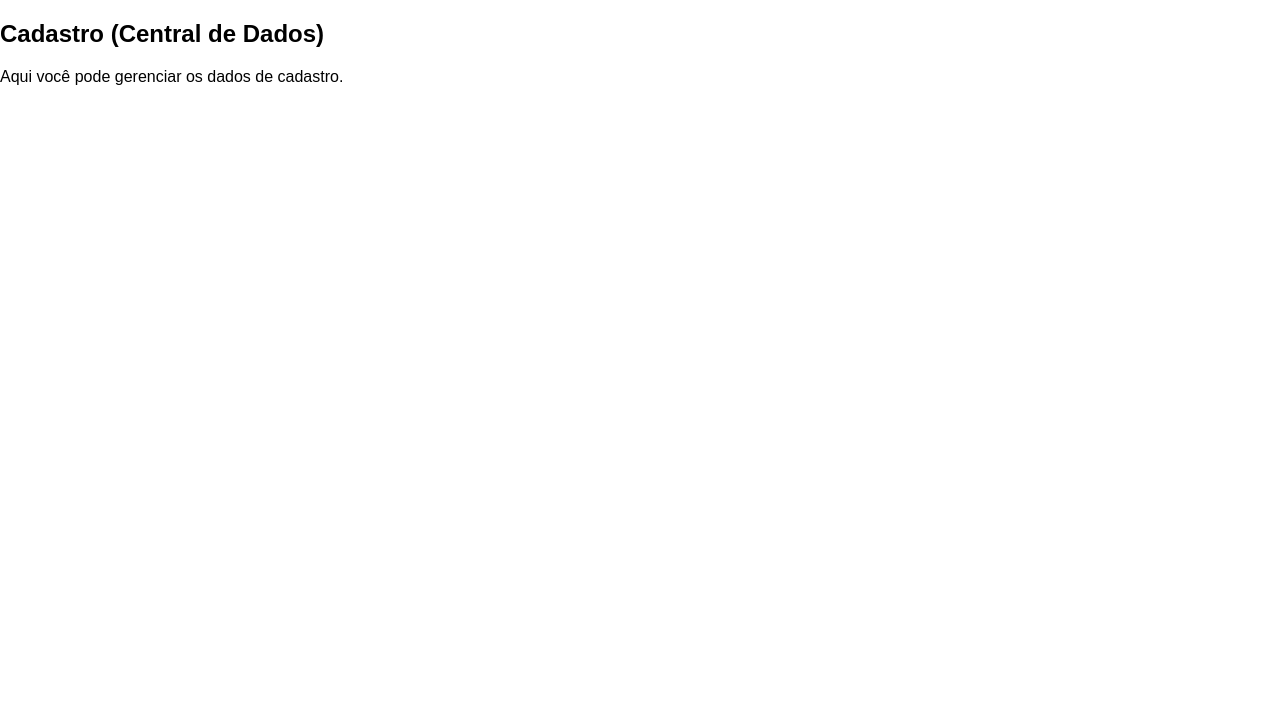
Repository: feliperanon/appliz
Page: /cadastro
An editor plug-in stored every save of this project. The page is shown before and after the next save, followed by the edit.
The browser window is 1280 px wide. The pictures show the whole page.
The project was rebuilt for these pictures with package versions that can differ from the ones it lists, and the page was loaded fresh each time. Also part of the build but not shown: src/components/Login.js, src/components/MedicaoTempo.js, src/components/AnaliseDesempenho.js, src/components/OcorrenciasDiarias.js, src/components/ControleQualidade.js, src/components/CapacitacaoTreinamento.js, src/components/ManutencaoPreventiva.js, src/components/CicloPDCA.js and 1 more.

Above is the page before, as saved 2024-10-10 20:15:59.

After the next save:
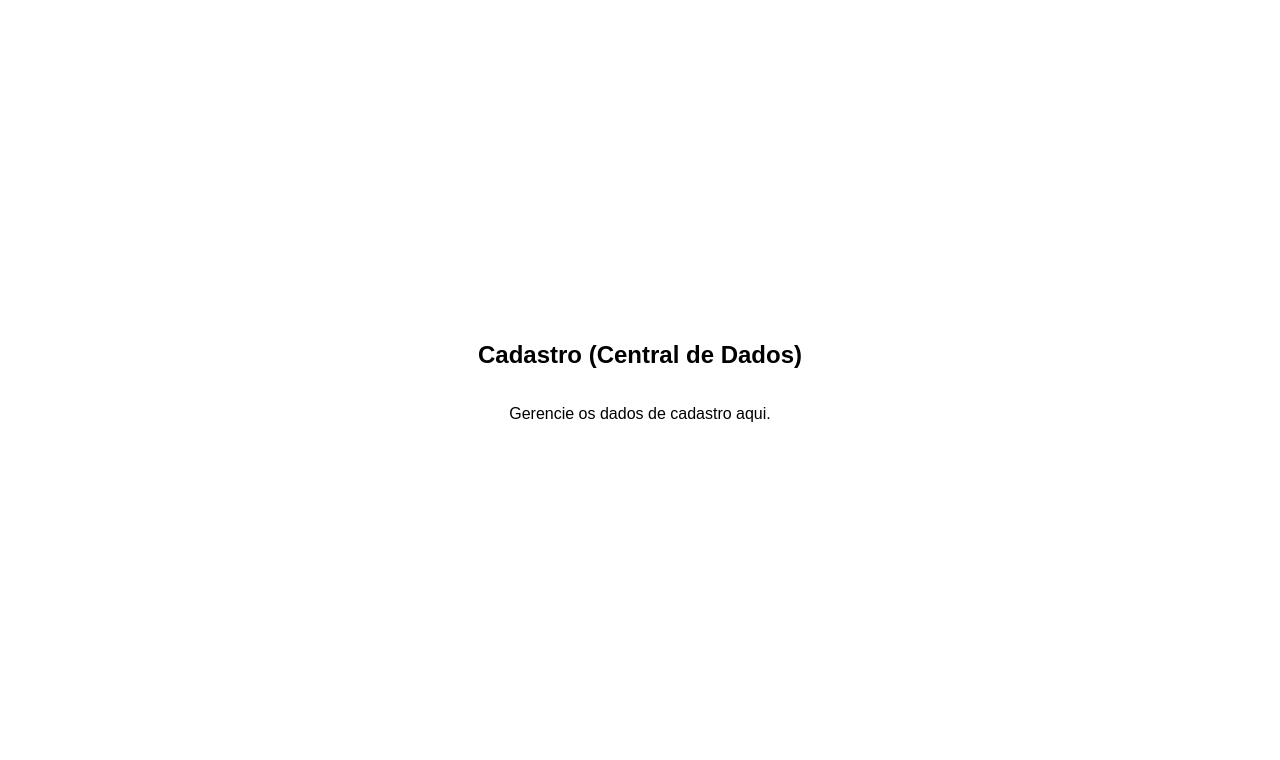
Saved 44 s later.
--- a/src/components/Cadastro.js
+++ b/src/components/Cadastro.js
@@ -2,9 +2,9 @@ import React from 'react';
 
 const Cadastro = () => {
   return (
-    <div>
+    <div className="container">
       <h2>Cadastro (Central de Dados)</h2>
-      <p>Aqui você pode gerenciar os dados de cadastro.</p>
+      <p>Gerencie os dados de cadastro aqui.</p>
     </div>
   );
 };
